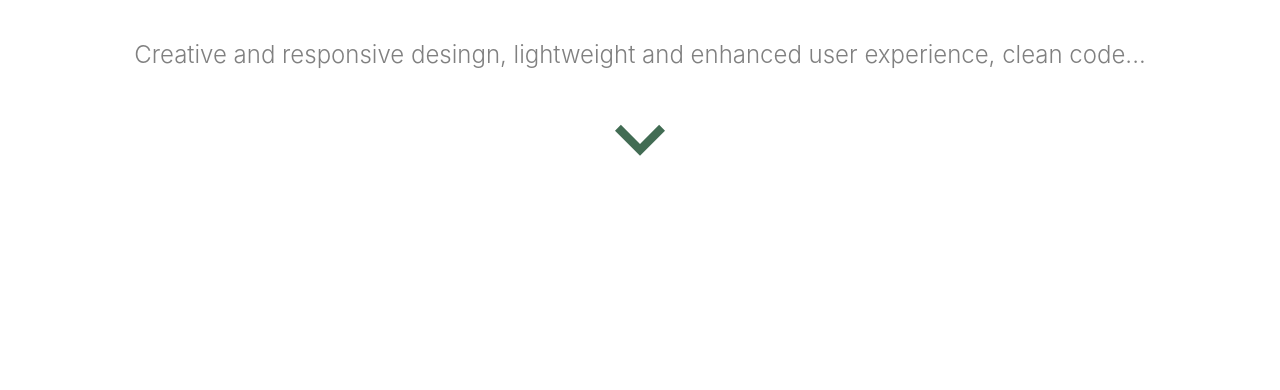
Repository: safak/safak.github.io
Page: /
These files come from the project's save history. The page is drawn as it stood at one moment and after the next save; the edit follows.
The browser window is 1280 px wide. The pictures show the part of the page from y = 330 to 800 px (the page is 720 px tall before and 800 px after).
Backgrounds fixed to the window are drawn as part of the page. The project was rebuilt for these pictures with package versions that can differ from the ones it lists, and the page was loaded fresh each time. Also part of the build but not shown: src/App.css.

Above is the page before, as saved 2020-08-28 04:26:38.

After the next save:
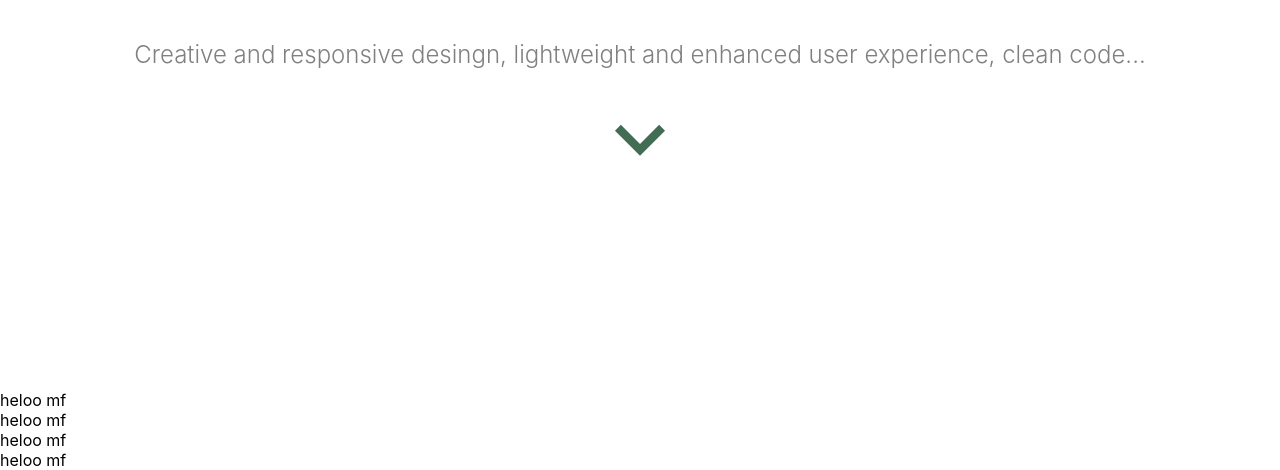
Saved 9 s later.
--- a/src/components/portfolio/Portfolio.js
+++ b/src/components/portfolio/Portfolio.js
@@ -1,8 +1,14 @@
 import React from "react";
 import "./Portfolio.css";
+import ProjectCard from "../projectCard/ProjectCard";
 
 const Portfolio = () => {
-  return <div className="portfolio"></div>;
+  return <div className="portfolio">
+      <ProjectCard />
+      <ProjectCard />
+      <ProjectCard />
+      <ProjectCard />
+  </div>;
 };
 
 export default Portfolio;
